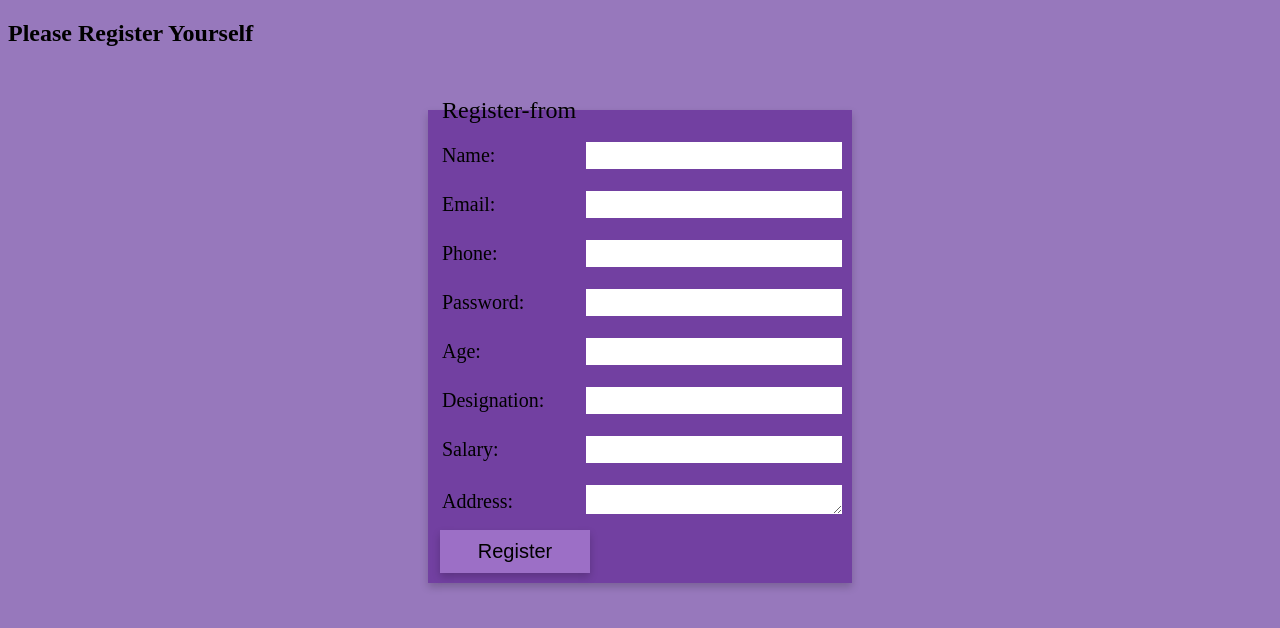
Repository: muzamil-mia/Advance_java_jspiders
Page: employee_servlet_project/src/main/webapp/register.html
These files come from the project's save history. The page is drawn as it stood at one moment and after the next save; the edit follows.
The browser window is 1280 px wide. The pictures show the whole page.

Above is the page before, as saved 2024-02-19 15:35:01.

### employee_servlet_project/src/main/webapp/register.html
<!DOCTYPE html>
<html>
<head>
<meta charset="ISO-8859-1">
<title>Register</title>
<style>
body{
      background-color: rgb(151, 120, 188);
    }
    fieldset{
      width: 400px;
      margin: auto;
      margin-top: 50px;
      border: 2px solid;
      box-shadow: 0 4px 8px rgba(0, 0, 0, 0.2);
      border: none;
      background-color: rgb(114, 64, 161);
    }
    legend{
      font-size: 1.5em;
    }
    table{
      width: 100%;
    }
    td{
      padding: 10px 0;
      box-sizing: border-box;
    }
    form td:first-child{
      font-size: 20px;

    }
    input[type = "text"],
    input[type="password"],
    input[type="number"],
    textarea{
      width: 100%;
      resize: vertical;
      height: 25px;
      border: none;
    }
    button{
      padding: 10px 20px;
      font-size: 20px;
      box-shadow: 0 4px 8px rgba(0, 0, 0, 0.2);
      margin-top: 10px;
      width: 150px;
      margin: auto;
      background-color: rgb(156, 111, 198);
      border: none;
    }
    button:hover{
      cursor: pointer;
      background-color: white;
      transition: all 1s;
    }
</style>
</head>
<body>
<h2>Please Register Yourself</h2>
<fieldset>
    <legend>Register-from</legend>
    <form action="save">
      <table>
        <tr>
          <td>Name:</td>
          <td><input type="text" name = "name"></td>
        </tr>
        <tr>
          <td>Email:</td>
          <td><input type="text" name = "email"></td>
        </tr>
        <tr>
          <td>Phone:</td>
          <td><input type="text" name = "phone"></td>
        </tr>
        <tr>
          <td>Password:</td>
          <td><input type="password" name = "password"></td>
        </tr>
        <tr>
          <td>Age:</td>
          <td><input type="number" name = "age"></td>
        </tr>
        <tr>
          <td>Designation:</td>
          <td><input type="text" name = "designation"></td>
        </tr>
        <tr>
          <td>Salary:</td>
          <td><input type="text" name = "salary"></td>
        </tr>
        <tr>
          <td>Address:</td>
          <td><textarea name="address" id="" cols="20" rows="5"></textarea></td>
        </tr>
      </table>
      <button>Register</button>
    </form>
  </fieldset>
</body>
</html>

After the next save:
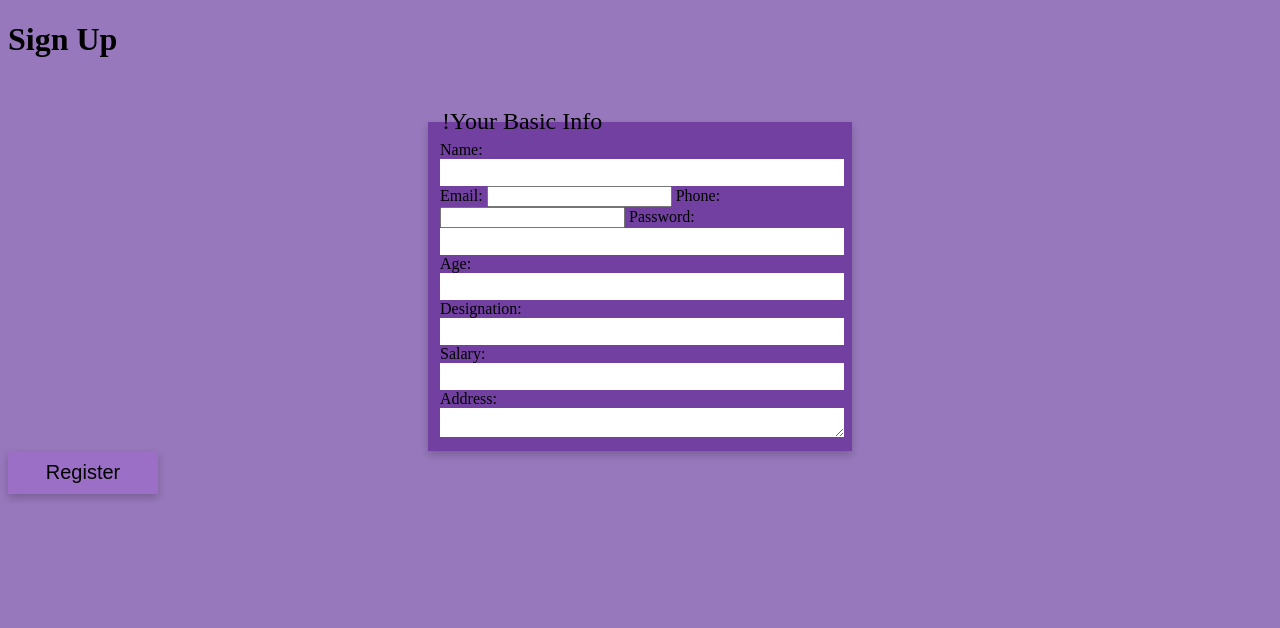
Saved 67 min 1 s later.
--- a/employee_servlet_project/src/main/webapp/register.html
+++ b/employee_servlet_project/src/main/webapp/register.html
@@ -57,46 +57,35 @@ body{
 </style>
 </head>
 <body>
-<h2>Please Register Yourself</h2>
-<fieldset>
-    <legend>Register-from</legend>
-    <form action="save">
-      <table>
-        <tr>
-          <td>Name:</td>
-          <td><input type="text" name = "name"></td>
-        </tr>
-        <tr>
-          <td>Email:</td>
-          <td><input type="text" name = "email"></td>
-        </tr>
-        <tr>
-          <td>Phone:</td>
-          <td><input type="text" name = "phone"></td>
-        </tr>
-        <tr>
-          <td>Password:</td>
-          <td><input type="password" name = "password"></td>
-        </tr>
-        <tr>
-          <td>Age:</td>
-          <td><input type="number" name = "age"></td>
-        </tr>
-        <tr>
-          <td>Designation:</td>
-          <td><input type="text" name = "designation"></td>
-        </tr>
-        <tr>
-          <td>Salary:</td>
-          <td><input type="text" name = "salary"></td>
-        </tr>
-        <tr>
-          <td>Address:</td>
-          <td><textarea name="address" id="" cols="20" rows="5"></textarea></td>
-        </tr>
-      </table>
-      <button>Register</button>
-    </form>
-  </fieldset>
+<form action="save">
+        <h1>Sign Up</h1>
+        <fieldset>
+          <legend><span class="number">!</span>Your Basic Info</legend>
+          <label for="name">Name:</label>
+          <input type="text" name="name">
+
+          <label for="email">Email:</label>
+          <input type="email" name="email">
+
+          <label for="phone">Phone:</label>
+          <input type="tel" name="phone">
+
+          <label for="password">Password:</label>
+          <input type="password" name="password">
+
+          <label for="age">Age:</label>
+          <input type="number" name="age">
+
+          <label for="designation">Designation:</label>
+          <input type="text" name="designation">
+
+          <label for="salary">Salary:</label>
+          <input type="text" name="salary">
+
+          <label for="address">Address:</label>
+          <textarea name="address" id="" cols="20" rows="5"></textarea>
+        </fieldset>
+        <button type="submit">Register</button>
+      </form>
 </body>
 </html>
